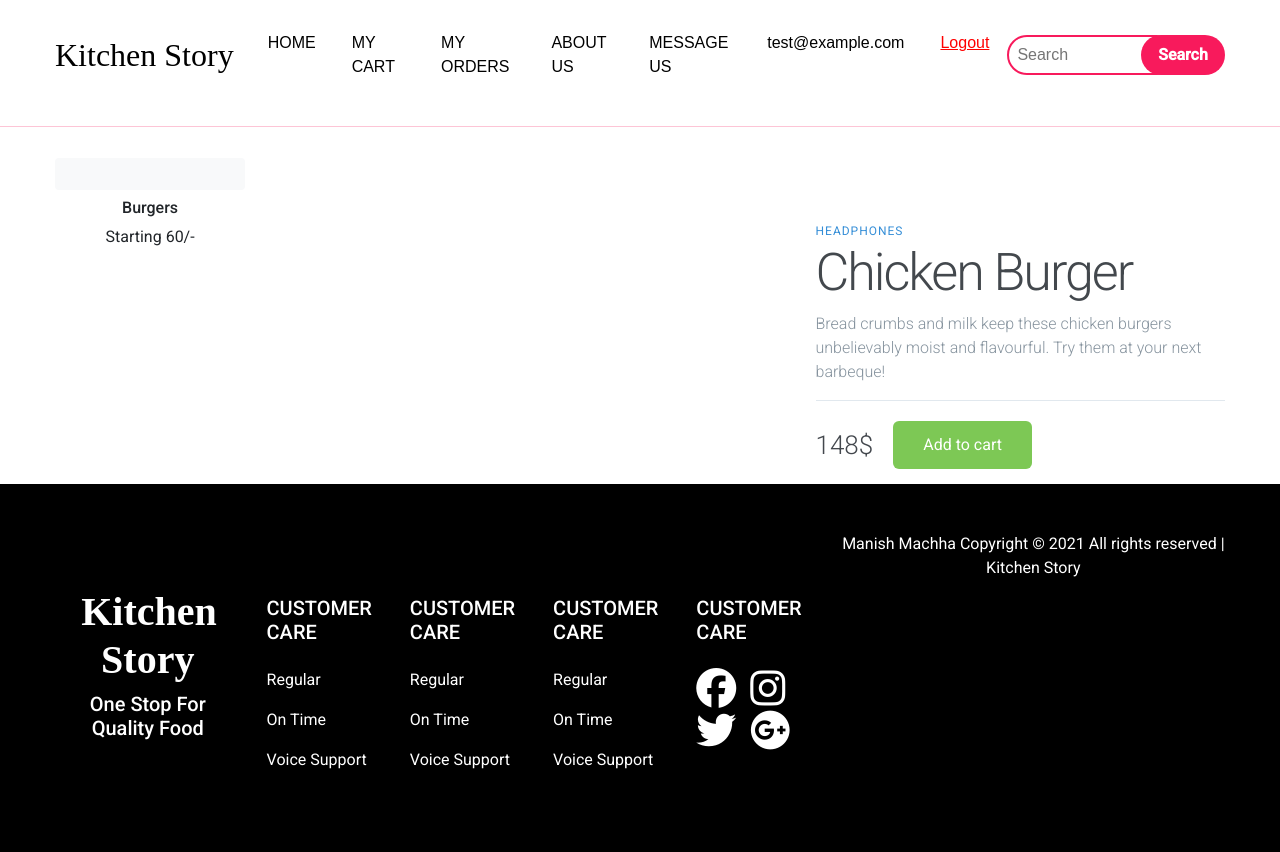
Repository: manishmachha/project-kitchenStory
Page: http://localhost/Phase_4_Kitchen_Story/products.jsp
An editor plug-in stored every save of this project. The page is shown before and after the next save, followed by the edit.
The browser window is 1280 px wide. The pictures show the whole page.
Some web fonts or font styles are not loaded; a fallback is used. Some web libraries are served in a nearby version. The page is served by Tomcat 10. The session is filled in as if someone had signed in: {"email": "test@example.com"}. Other server files are loaded and not shown.

Above is the page before, as saved 2022-03-08 11:07:59.

### Phase 4 Kitchen Story/src/main/webapp/products.jsp
<%@ page language="java" contentType="text/html; charset=ISO-8859-1"
	pageEncoding="ISO-8859-1"%>
<%@include file="header.jsp"%>
<%@page import="com.project.connection.ConnectionProvider"%>
<%@page import="java.sql.*"%>
<!DOCTYPE html>
<html>

<head>
<meta charset="utf-8">
<meta name="viewport" content="width=device-width, initial-scale=1">
<title>Tutorial</title>
<!-- Fonts -->
<link href="https://fonts.googleapis.com/css?family=Roboto:300,400,500"
	rel="stylesheet">
<!-- CSS -->
<link href="style.css" rel="stylesheet">
<link href="css/indexStyle.css" rel="stylesheet">
<meta name="robots" content="noindex,follow" />

</head>

<body>
	<section class="productMain">
		<main class="container">

			<!-- Left Column / Headphones Image -->
			<div class="left-column">
				<div class="col-lg-3 text-center">
					<div class="card border-0 bg-light mb-2">
						<div class="card-body">
							<a href="products.jsp"><img src="images/burger-trending.png"
								class="img-fluid"></a>
						</div>
					</div>
					<h6>Burgers</h6>
					<p>Starting 60/-</p>
				</div>
			</div>


			<!-- Right Column -->
			<div class="right-column">

				<!-- Product Description -->
				<div class="product-description">
					<span>Headphones</span>
					<h1>Chicken Burger</h1>
					<p>Bread crumbs and milk keep these chicken burgers
						unbelievably moist and flavourful. Try them at your next barbeque!</p>
				</div>

				<!-- Product Pricing -->
				<div class="product-price">
					<span>148$</span> <a href="#" class="cart-btn">Add to cart</a>
				</div>
			</div>
		</main>
	</section>
	<section class="news">
		<div class="container py-5">
			<div class="row">
				<div class="col-lg-9 m-auto text-center">
					<h1>Kitchen Story</h1>
					<h5>One Stop For Quality Food</h5>
				</div>
			</div>
			<div class="row pt-5">
				<div class="col-lg-11 m-auto">
					<div class="row">
						<div class="col-lg-3 py-3">
							<H5 class="pb-3">CUSTOMER CARE</H5>
							<p>Regular</p>
							<p>On Time</p>
							<p>Voice Support</p>
						</div>
						<div class="col-lg-3 py-3">
							<H5 class="pb-3">CUSTOMER CARE</H5>
							<p>Regular</p>
							<p>On Time</p>
							<p>Voice Support</p>
						</div>
						<div class="col-lg-3 py-3">
							<H5 class="pb-3">CUSTOMER CARE</H5>
							<p>Regular</p>
							<p>On Time</p>
							<p>Voice Support</p>
						</div>
						<div class="col-lg-3 py-3">
							<H5 class="pb-3">CUSTOMER CARE</H5>
							<span> <i class="fab fa-facebook"></i></span> <span> <i
								class="fab fa-instagram"></i></span> <span> <i
								class="fab fa-twitter"></i></span> <span> <i
								class="fab fa-google-plus"></i></span>
						</div>
					</div>
				</div>
			</div>
			<hr>
			<p class="text-center">Manish Machha Copyright &#169 2021 All
				rights reserved | Kitchen Story</p>
		</div>
	</section>
	<!-- Scripts -->
	<script
		src="https://cdnjs.cloudflare.com/ajax/libs/jquery/3.1.1/jquery.min.js"
		charset="utf-8"></script>
	<script src="script.js" charset="utf-8"></script>

</body>

</html>

### Phase 4 Kitchen Story/src/main/webapp/header.jsp
<%@ page language="java" contentType="text/html; charset=ISO-8859-1"
	pageEncoding="ISO-8859-1"%>
<!DOCTYPE html>
<html>
<head>
<!-- Required meta tags -->
    <meta charset="utf-8">
    <meta name="viewport" content="width=device-width, initial-scale=1">

    <!-- Font Family -->
    <link rel="preconnect" href="https://fonts.googleapis.com">
    <link rel="preconnect" href="https://fonts.gstatic.com" crossorigin>
    <link href="https://fonts.googleapis.com/css2?family=Lobster&display=swap" rel="stylesheet">

    <!-- Bootstrap CSS -->
    <link href="https://cdn.jsdelivr.net/npm/bootstrap@5.0.2/dist/css/bootstrap.min.css" rel="stylesheet" integrity="sha384-EVSTQN3/azprG1Anm3QDgpJLIm9Nao0Yz1ztcQTwFspd3yD65VohhpuuCOmLASjC" crossorigin="anonymous">
    <link rel="stylesheet" href="css/indexStyle.css">

    <!-- font awesome -->
    <script src="https://kit.fontawesome.com/c26cd2166c.js"></script>
    <title>Kitchen Story | Home</title>
</head>
<%String email=session.getAttribute("email").toString(); %>
<nav class="navbar navbar-expand-lg">
	<div class="container">
		<a class="navbar-brand" href="#">Kitchen Story</a>
		<button class="navbar-toggler" type="button" data-bs-toggle="collapse"
			data-bs-target="#navbarScroll" aria-controls="navbarScroll"
			aria-expanded="false" aria-label="Toggle navigation">
			<span class="navbar-toggler-icon"></span>
		</button>
		<div class="collapse navbar-collapse" id="navbarScroll">
			<ul class="navbar-nav m-auto my-2 my-lg-0">
				<li class="nav-item"><a class="nav-link active" href="home.jsp">Home</a>
				</li>
				<li class="nav-item"><a class="nav-link" href="#trending">My
						Cart</a></li>
				<li class="nav-item"><a class="nav-link" href="#store"> My
						Orders </a></li>
				<li class="nav-item"><a class="nav-link" href="home.jsp#aboutUs">About Us</a></li>
				<li class="nav-item"><a class="nav-link" href="messageus.jsp">Message
						Us</a></li>
				<li class="nav-item"><a class="nav-link"  id="accName" href="#"><%=email%></a>
				</li>
				<li class="nav-item"><a class="nav-link" href="logoutAction.jsp" style="color: red; text-transform:capitalize;"><u>Logout</u></a></li>
			</ul>
			<form class="d-flex">
				<input class="px-2 search" type="search" placeholder="Search"
					aria-label="Search">
				<button class="btn0" type="submit">Search</button>
			</form>
		</div>
	</div>
</nav>
<hr style="color: rgb(248, 26, 92)">

### Phase 4 Kitchen Story/src/main/webapp/css/indexStyle.css
* {
	padding: 0;
	margin: 0;
	box-sizing: border-box;
}

.navbar-brand {
	font-size: 2rem;
	color: black;
	font-family: 'Lobster', cursive;
}

.navbar-brand:hover {
	color: black;
}

.nav-link {
	margin-right: 10px;
	margin-left: 10px;
	color: black;
	font-family: 'Rubik', sans-serif;
	text-transform: uppercase;
}

.nav-link:hover {
	color: rgb(248, 26, 92);
}

.search {
	height: 40px;
	width: 80%;
	border-radius: 60px;
	outline: none;
	margin-right: -35px;
	font-family: 'Rubik', sans-serif;
	border: 2px solid rgb(248, 26, 92);
}

.btn0 {
	height: 40px;
	width: 40%;
	outline: none;
	border: none;
	background: rgb(248, 26, 92);
	color: white;
	border-radius: 60px;
	font-weight: 700;
}

.main {
	background: url(images/lunch.jpg) no-repeat;
	background-size: cover;
	height: 100vh;
	background-position: 50% 50%;
	width: 100%;
}

.main h1 {
	font-size: 4rem;
	font-weight: 700;
}

.btn1 {
	height: 45px;
	width: 35%;
	border: none;
	outline: none;
	background-color: rgb(248, 26, 92);
	color: white;
	font-weight: 700;
	border-radius: 60px;
}

.btn1:hover {
	background-color: rgb(255, 41, 41);
	transition: 0.5s;
}

.btn0:hover {
	background-color: rgb(255, 41, 41);
	transition: 0.5s;
}

h1 {
	font-weight: 700;
}

.card:hover {
	box-shadow: -2px 0px 26px -4px rgba(0, 0, 0, 0.75);
	-webkit-box-shadow: -2px 0px 26px -4px rgba(0, 0, 0, 0.75);
	-moz-box-shadow: -2px 0px 26px -4px rgba(0, 0, 0, 0.75);
	transition: 0.5s;
}

img {
	border-radius: 10px;
}

.col:hover {
	box-shadow: -2px 0px 26px -4px rgba(0, 0, 0, 0.75);
	-webkit-box-shadow: -2px 0px 26px -4px rgba(0, 0, 0, 0.75);
	-moz-box-shadow: -2px 0px 26px -4px rgba(0, 0, 0, 0.75);
	transition: 0.5s;
}

.quote {
	border-radius: 40px;
	background: linear-gradient(rgba(0, 0, 0, 0.2), rgba(0, 0, 0, 0.2)),
		url(images/quote-bg.jpg) no-repeat;
	background-size: cover;
	height: 80vh;
	width: 100%;
}

.quote h1 {
	font-family: 'Lobster', cursive;
	color: bisque;
}

.quote h6 {
	color: bisque;
}

.news {
	background-color: black;
	color: white;
}

.news h1 {
	font-family: 'Lobster', cursive;
}

.fab {
	font-size: 2.5rem;
	cursor: pointer;
	padding-right: 10px;
}

.footer {
	position: fixed;
	left: 0;
	bottom: 0;
	width: 100%;
	background-color: black;
	color: white;
	text-align: center;
}
#accName{
	text-transform: lowercase;
}

Loaded but not shown: Phase 4 Kitchen Story/src/main/webapp/style.css (common file); Phase 4 Kitchen Story/src/main/webapp/script.js (common file)

After the next save:
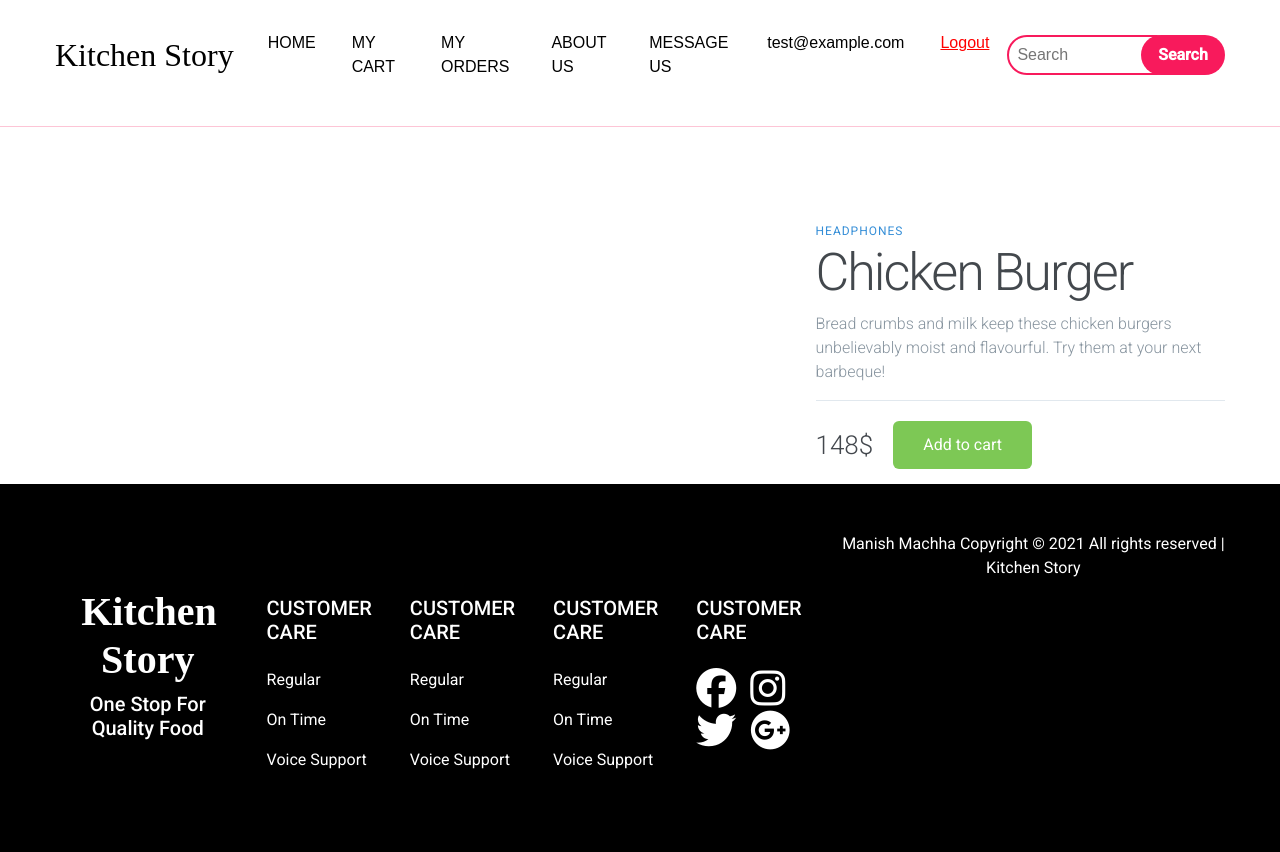
Saved 32 s later.
--- a/Phase 4 Kitchen Story/src/main/webapp/products.jsp
+++ b/Phase 4 Kitchen Story/src/main/webapp/products.jsp
@@ -28,13 +28,10 @@
 			<div class="left-column">
 				<div class="col-lg-3 text-center">
 					<div class="card border-0 bg-light mb-2">
-						<div class="card-body">
 							<a href="products.jsp"><img src="images/burger-trending.png"
 								class="img-fluid"></a>
 						</div>
 					</div>
-					<h6>Burgers</h6>
-					<p>Starting 60/-</p>
 				</div>
 			</div>
 
